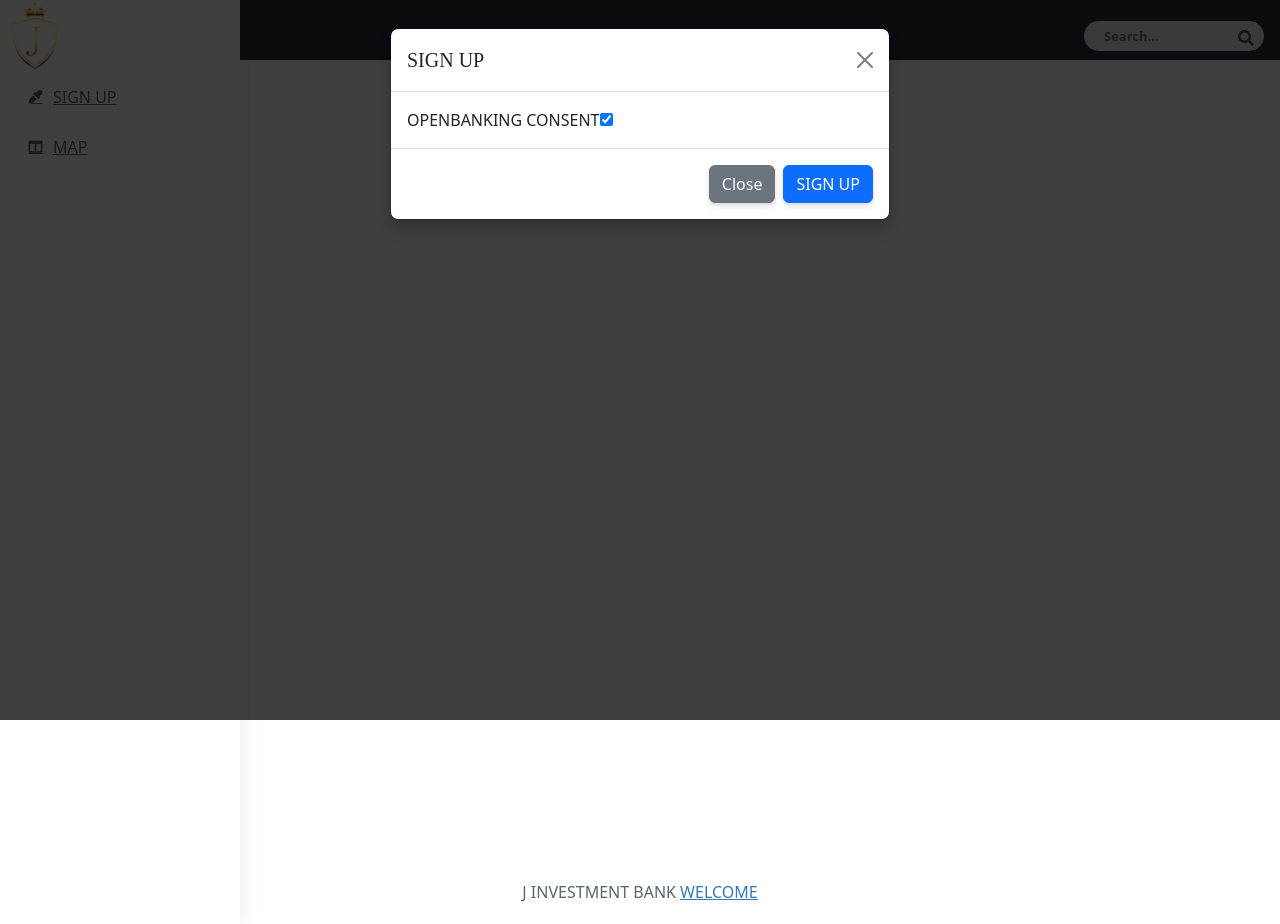
Repository: chopilyeon/HanaOpenBanking
Page: http://localhost/OpenBanking/jsp/bank/openBankingAgreement.jsp
These files come from the project's save history. The page is drawn as it stood at one moment and after the next save; the edit follows.
The browser window is 1280 px wide. The pictures show the whole page.
Some web fonts or font styles are not loaded; a fallback is used. The page is served by Tomcat 9.

Above is the page before, as saved 2022-07-17 08:06:19.
Console error: TypeError: Cannot read properties of null (reading 'querySelector')

After the next save:
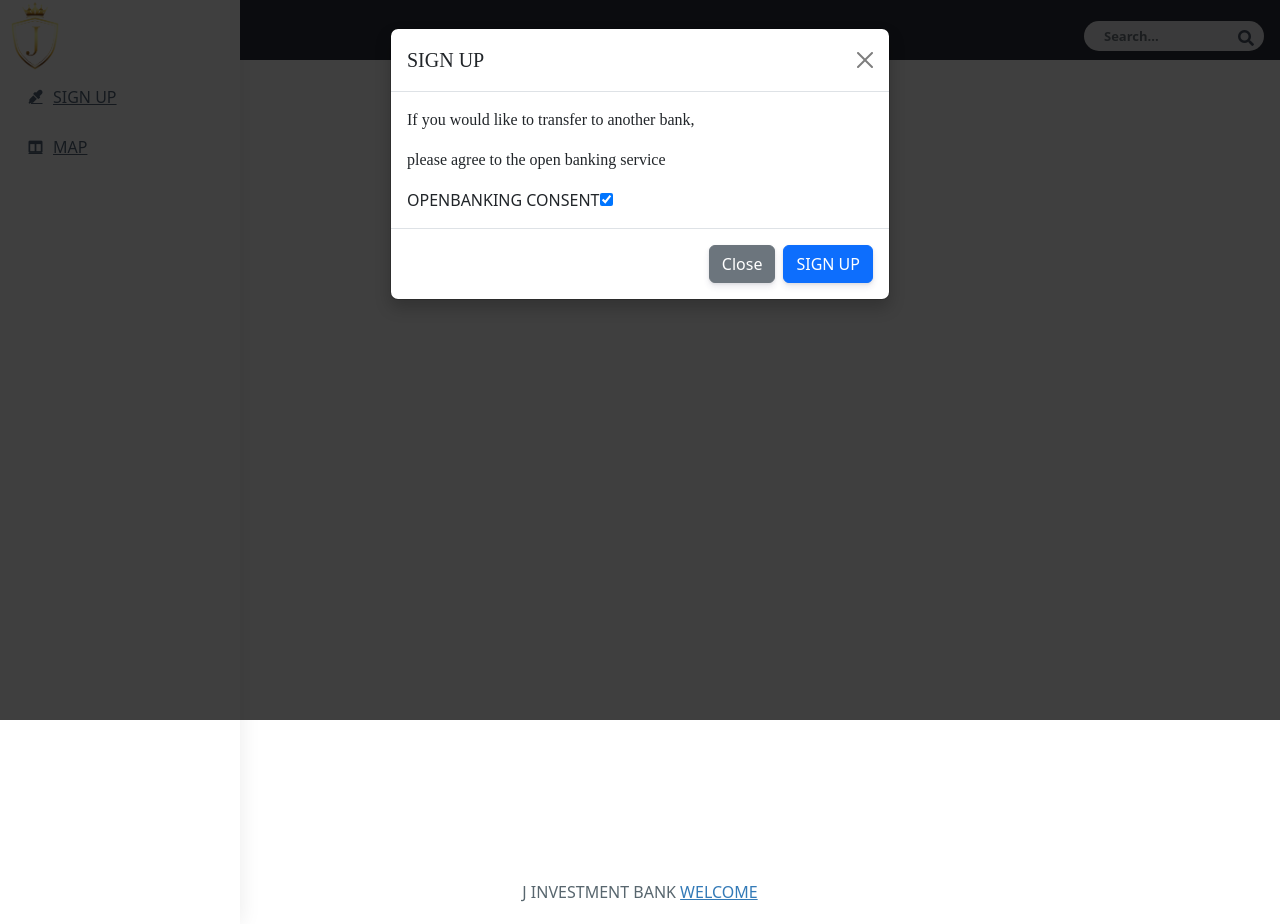
Saved 27 min 33 s later.
--- a/OpenBanking/src/main/webapp/jsp/bank/openBankingAgreement.jsp
+++ b/OpenBanking/src/main/webapp/jsp/bank/openBankingAgreement.jsp
@@ -92,6 +92,8 @@
       </div>
       <div class="modal-body">
 
+      		<p>If you would like to transfer to another bank,</p>
+ 			<p> please agree to the open banking service</p>
 
      	<form action="${pageContext.request.contextPath}/bank/openBankingAgreeProcess.do" method="post" name="writeForm" onsubmit="return checkForm()">
 			OPENBANKING CONSENT<input type="checkbox" name="consent" value="Y" checked>
